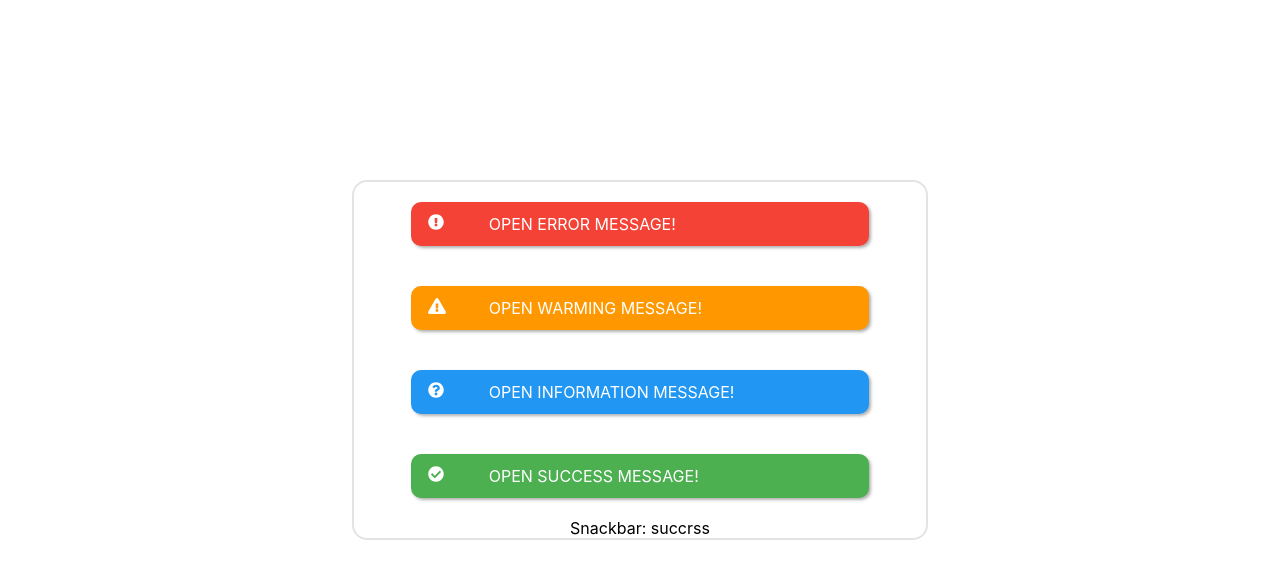
Repository: KrzysKolo/sr_tydzien5_zad2
Page: /, after clicking the first element matching `div.wrapper--btn > :nth-child(4)`
An editor plug-in stored every save of this project. The page is shown before and after the next save, followed by the edit.
The browser window is 1280 px wide. The pictures show the whole page.
The project was rebuilt for these pictures with package versions that can differ from the ones it lists, and the page was loaded fresh each time.

Above is the page before, as saved 2020-12-28 03:23:36.

After the next save:
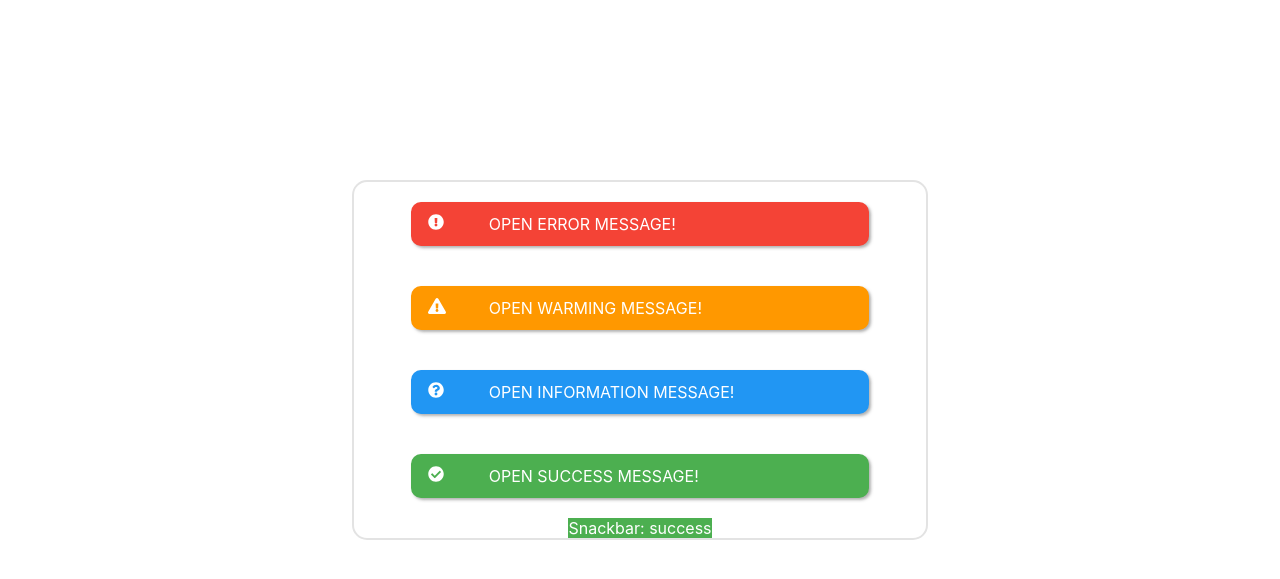
Saved 48 s later.
--- a/src/data/ButtonsData.js
+++ b/src/data/ButtonsData.js
@@ -28,7 +28,7 @@ const ButtonsData = [
       name: "OPEN SUCCESS MESSAGE!",
       color: "rgb(76, 175, 80)",
       icon: "faCheckCircle",
-      type: "succrss",
+      type: "success",
       message: "This is a success message!",
     },
 
